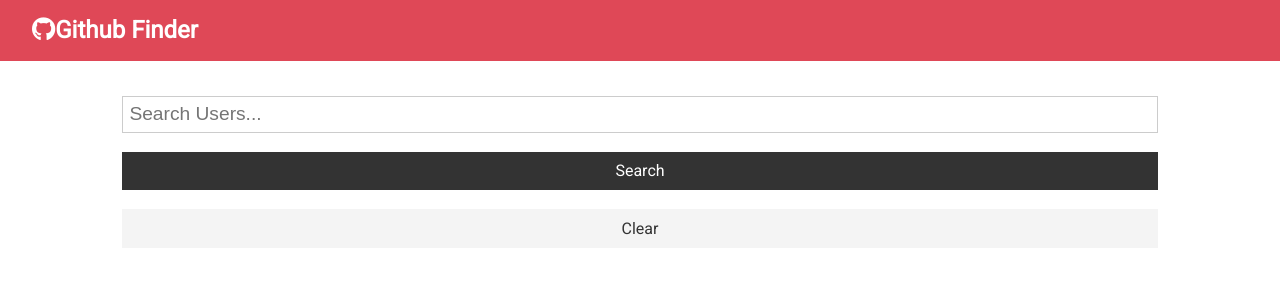
Repository: messimacky/github-finder
Page: /
The author's editor kept a copy of each file at every save. The page is drawn from the files as they stood at one save, then again after the next save.
The browser window is 1280 px wide. The pictures show the whole page.
Some web libraries are served in a nearby version. The project was rebuilt for these pictures with package versions that can differ from the ones it lists, and the page was loaded fresh each time. Also part of the build but not shown: src/users/UserItem.js, src/components/layout/Spinner.js.

Above is the page before, as saved 2022-02-25 10:43:01.

### public/index.html
<!DOCTYPE html>
<html lang="en">
  <head>
    <meta charset="utf-8" />
    <link rel="icon" href="%PUBLIC_URL%/favicon.ico" />
    <meta name="viewport" content="width=device-width, initial-scale=1" />
    <meta name="theme-color" content="#000000" />
    <meta
      name="description"
      content="Web site created using create-react-app"
    />
    <link rel="apple-touch-icon" href="%PUBLIC_URL%/logo192.png" />

    <link rel="manifest" href="%PUBLIC_URL%/manifest.json" />

    <link
    rel="stylesheet"
    href="https://use.fontawesome.com/releases/v5.8.2/css/all.css"
    integrity="sha384-oS3vJWv+0UjzBfQzYUhtDYW+Pj2yciDJxpsK1OYPAYjqT085Qq/1cq5FLXAZQ7Ay"
    crossorigin="anonymous"
  />

    <title>React App</title>
  </head>
  <body>
    <noscript>You need to enable JavaScript to run this app.</noscript>
    <div id="root"></div>
  </body>
</html>

### src/App.js
import React, { Component, Fragment } from 'react';
import Navbar from './components/layout/Navbar';
import axios from 'axios';
import Users from './users/Users';
import Search from './users/Search';
import './App.css';


class App extends React.Component {
  state = {
    users: [],
    loading: false
  }

  // async componentDidMount() {
  //   this.setState({ loading: true });

  //   const res = await axios.get(
  //     `https://api.github.com/users?client_id=$
  //   {process.env.REACT_APP_GITHUB_CLIENT_ID
  //   }&client_secret=${process.env.REACT_APP_GITHUB_CLIENT_SECRET}`
  //   );

  //   this.setState({ users: res.data, loading: false });
  // }

  //Search Github users
  searchUsers = async text => {
    this.setState({ loading: true })

    const res = await axios.get(
      `https://api.github.com/search/users?q=${text}&client_id=${process.env.REACT_APP_GITHUB_CLIENT_ID
      }&client_secret=${process.env.REACT_APP_GITHUB_CLIENT_SECRET}`
    );

    this.setState({ users: res.data.items, loading: false });
  };

  //Clear users from state

  clearUsers = () => this.setState({ users: [], loading: false });

  render() {
    const numbers = [1, 2, 3, 4];
    return (
      <div className='App'>
        <Navbar />
        <div className="container">
          <Search
            searchUsers={this.searchUsers}
            clearUsers={this.clearUsers}
            showClear={this.state.users.length > 0 ? true : false} />
          <Users loading={this.state.loading} users={this.state.users} />
        </div>
      </div>
    );
  }


}

export default App;

### src/components/layout/Navbar.js
import React from 'react'
import PropTypes from 'prop-types';


const Navbar= ({icon, title}) =>{
    return (
      <nav className='navbar bg-primary'>
      <h1>
      <i className={icon} />
      {title}

      </h1>
       </nav>
    );
  }

Navbar.defaultProps={
    title: "Github Finder",
    icon:"fab fa-github"
  }

Navbar.propTypes = {
    title:PropTypes.string.isRequired,
    icon:PropTypes.string.isRequired
};
export default Navbar

### src/users/Users.js
import React from 'react'
import UserItem from './UserItem';
import Spinner from '../components/layout/Spinner';
import PropTypes from 'prop-types';

const Users = ({ users, loading }) => {
    if (loading) {
        return <Spinner />
    } else {
        return (
            <div style={userStyle}>
                {users.map(user => (
                    <UserItem key={user.id} user={user} />
                ))}
            </div>
        );
    }

}
Users.propTypes = {
    users: PropTypes.array.isRequired,
    loading: PropTypes.bool.isRequired
}




const userStyle = {
    display: 'grid',
    gridTemplateColumns: 'repeat(3, 1fr)',
    gridGap: '1rem'
}

export default Users

### src/users/Search.js
import React, { Component } from 'react'
import PropTypes from 'prop-types';

export class Search extends Component {
    state = {
        text: ''
    };
    static propTypes = {
        searchUsers: PropTypes.func.isRequired,
        clearUsers: PropTypes.func.isRequired,
        showClear: PropTypes.bool.isRequired
    };

    onSubmit = (e) => {
        e.preventDefault();
        this.props.searchUsers(this.state.text);
        this.setState({ text: '' });
    }


    onChange = (e) => this.setState({ [e.target.name]: e.target.value });

    render() {
        return (
            <div>
                <form onSubmit={this.onSubmit} className='form'>
                    <input
                        type='text'
                        name='text'
                        placeholder='Search Users...'
                        value={this.state.text}
                        onChange={this.onChange}
                    />
                    <input
                        type='submit'
                        value='Search'
                        className='btn btn-dark btn-block' />
                </form>
                <button className="btn btn-light btn-block" onClick={this.props.clearUsers}>Clear</button>
            </div>
        )
    }
}

export default Search

### src/App.css
@import url("https://fonts.googleapis.com/css?family=Roboto");

/* Global Styles */
:root {
  --primary-color: #dc3545;;
  --dark-color: #333333;
  --light-color: #f4f4f4;
  --danger-color: #dc3545;
  --success-color: #28a745;
}

* {
  box-sizing: border-box;
  margin: 0;
  padding: 0;
}

body {
  font-family: "Roboto", sans-serif;
  font-size: 1rem;
  line-height: 1.6;
  background-color: #fff;
  color: #333;
}

a {
  color: var(--primary-color);
  text-decoration: none;
}

a:hover {
  color: #666;
}

ul {
  list-style: none;
}

img {
  width: 100%;
}

/* Utilities */
.container {
  max-width: 1100px;
  margin: auto;
  overflow: hidden;
  padding: 0 2rem;
}

/* Text Styles*/
.x-large {
  font-size: 4rem;
  line-height: 1.2;
  margin-bottom: 1rem;
}

.large {
  font-size: 3rem;
  line-height: 1.2;
  margin-bottom: 1rem;
}

.lead {
  font-size: 1.5rem;
  margin-bottom: 1rem;
}

.text-center {
  text-align: center;
}

.text-primary {
  color: var(--primary-color);
}

.text-dark {
  color: var(--dark-color);
}

.text-success {
  color: var(--success-color);
}

.text-danger {
  color: var(--danger-color);
}

.text-center {
  text-align: center;
}

.text-right {
  text-align: right;
}

.text-left {
  text-align: left;
}

/* Center All */
.all-center {
  display: flex;
  flex-direction: column;
  width: 100%;
  margin: auto;
  justify-content: center;
  align-items: center;
  text-align: center;
}

/* Cards */
.card {
  padding: 1rem;
  border: #ccc 1px dotted;
  margin: 0.7rem 0;
}

/* List */
.list {
  margin: 0.5rem 0;
}

.list li {
  padding-bottom: 0.3rem;
}

/* Padding */
.p {
  padding: 0.5rem;
}
.p-1 {
  padding: 1rem;
}
.p-2 {
  padding: 2rem;
}
.p-3 {
  padding: 3rem;
}
.py {
  padding: 0.5rem 0;
}
.py-1 {
  padding: 1rem 0;
}
.py-2 {
  padding: 2rem 0;
}
.py-3 {
  padding: 3rem 0;
}

/* Margin */
.m {
  margin: 0.5rem;
}
.m-1 {
  margin: 1rem;
}
.m-2 {
  margin: 2rem;
}
.m-3 {
  margin: 3rem;
}
.my {
  margin: 0.5rem 0;
}
.my-1 {
  margin: 1rem 0;
}
.my-2 {
  margin: 2rem 0;
}
.my-3 {
  margin: 3rem 0;
}

/* Grid */
.grid-2 {
  display: grid;
  grid-template-columns: repeat(2, 1fr);
  grid-gap: 1rem;
}

.grid-3 {
  display: grid;
  grid-template-columns: repeat(3, 1fr);
  grid-gap: 1rem;
}

.grid-4 {
  display: grid;
  grid-template-columns: repeat(4, 1fr);
  grid-gap: 1rem;
}

.btn {
  display: inline-block;
  background: var(--light-color);
  color: #333;
  padding: 0.4rem 1.3rem;
  font-size: 1rem;
  border: none;
  cursor: pointer;
  margin-right: 0.5rem;
  transition: opacity 0.2s ease-in;
  outline: none;
}

.btn-link {
  background: none;
  padding: 0;
  margin: 0;
}

.btn-block {
  display: block;
  width: 100%;
}

.btn-sm {
  font-size: 0.8rem;
  padding: 0.3rem 1rem;
  margin-right: 0.2rem;
}

.badge {
  display: inline-block;
  font-size: 0.8rem;
  padding: 0.2rem 0.7rem;
  text-align: center;
  margin: 0.3rem;
  background: var(--light-color);
  color: #333;
  border-radius: 5px;
}

.alert {
  padding: 0.7rem;
  margin: 1rem 0;
  opacity: 0.9;
  background: var(--light-color);
  color: #333;
}

.btn-primary,
.bg-primary,
.badge-primary,
.alert-primary {
  background: var(--primary-color);
  color: #fff;
}

.btn-light,
.bg-light,
.badge-light,
.alert-light {
  background: var(--light-color);
  color: #333;
}

.btn-dark,
.bg-dark,
.badge-dark,
.alert-dark {
  background: var(--dark-color);
  color: #fff;
}

.btn-danger,
.bg-danger,
.badge-danger,
.alert-danger {
  background: var(--danger-color);
  color: #fff;
}

.btn-success,
.bg-success,
.badge-success,
.alert-success {
  background: var(--success-color);
  color: #fff;
}

.btn-white,
.bg-white,
.badge-white,
.alert-white {
  background: #fff;
  color: #333;
  border: #ccc solid 1px;
}

.btn:hover {
  opacity: 0.8;
}

.bg-light,
.badge-light {
  border: #ccc solid 1px;
}

.round-img {
  border-radius: 50%;
}

/* Forms */
input {
  margin: 1.2rem 0;
}

.form-text {
  display: block;
  margin-top: 0.3rem;
  color: #888;
}

input[type="text"],
input[type="email"],
input[type="password"],
input[type="date"],
select,
textarea {
  display: block;
  width: 100%;
  padding: 0.4rem;
  font-size: 1.2rem;
  border: 1px solid #ccc;
}

input[type="submit"],
button {
  font: inherit;
}

table th,
table td {
  padding: 1rem;
  text-align: left;
}

table th {
  background: var(--light-color);
}

/* Navbar */
.navbar {
  display: flex;
  justify-content: space-between;
  align-items: center;
  padding: 0.7rem 2rem;
  z-index: 1;
  width: 100%;
  opacity: 0.9;
  margin-bottom: 1rem;
}

.navbar ul {
  display: flex;
}

.navbar a {
  color: #fff;
  padding: 0.45rem;
  margin: 0 0.25rem;
}

.navbar a:hover {
  color: var(--light-color);
}

.navbar .welcome span {
  margin-right: 0.6rem;
}

/* Mobile Styles */
@media (max-width: 700px) {
  .hide-sm {
    display: none;
  }

  .grid-2,
  .grid-3,
  .grid-4 {
    grid-template-columns: 1fr;
  }

  /* Text Styles */
  .x-large {
    font-size: 3rem;
  }

  .large {
    font-size: 2rem;
  }

  .lead {
    font-size: 1rem;
  }

  /* Navbar */
  .navbar {
    display: block;
    text-align: center;

  }

  .navbar ul {
    text-align: center;
    justify-content: center;
  }
}

Loaded but not shown: src/index.js (common file)

After the next save:
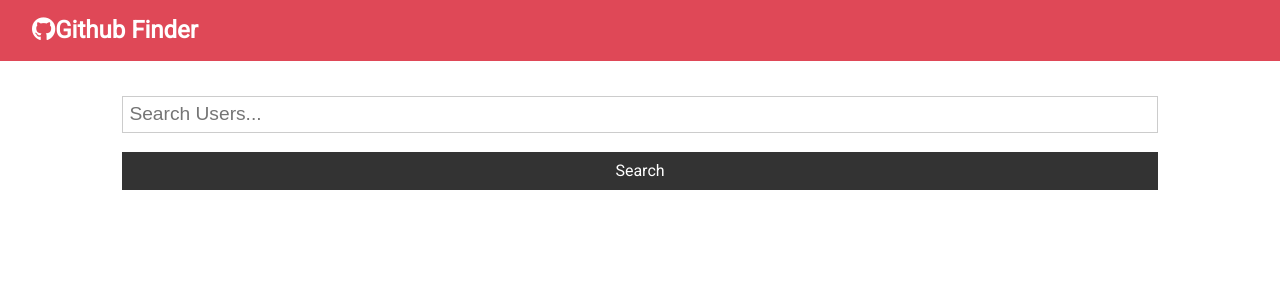
Saved 4 min 3 s later.
--- a/src/users/Search.js
+++ b/src/users/Search.js
@@ -36,7 +36,8 @@
                         value='Search'
                         className='btn btn-dark btn-block' />
                 </form>
-                <button className="btn btn-light btn-block" onClick={this.props.clearUsers}>Clear</button>
+                {this.props.showClear && (<button className="btn btn-light btn-block" onClick={this.props.clearUsers}>Clear</button>)}
+
             </div>
         )
     }
